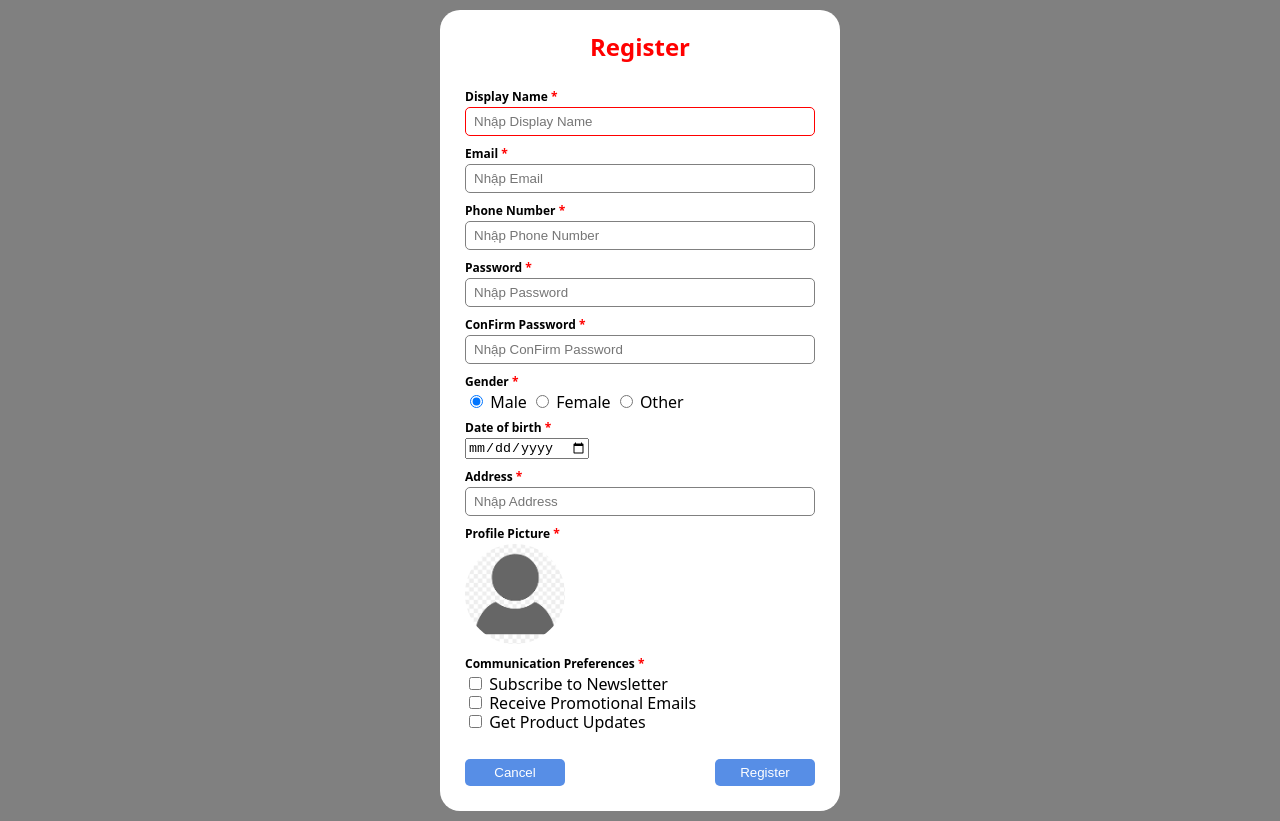
Repository: doanhieu0707/Homework-Day-5
Page: form-interactive.html
These files come from the project's save history. The page is drawn as it stood at one moment and after a run of saves; the edit follows.
The browser window is 1280 px wide. The pictures show the whole page.

Above is the page before, as saved 2026-04-02 14:43:10.

### form-interactive.html
<!doctype html>
<html lang="en">
    <head>
        <meta charset="UTF-8" />
        <meta name="viewport" content="width=device-width, initial-scale=1.0" />
        <link rel="stylesheet" href="./css/reset.css" />
        <link rel="stylesheet" href="./css/style.css" />
        <title>Register</title>
    </head>
    <body>
        <form action="" class="form">
            <h1 class="form-heading">Register</h1>
            <div class="form-group">
                <label for="display-name" class="form-label"
                    >Display Name</label
                >
                <input
                    class="form-input"
                    type="text"
                    id="display-name"
                    placeholder="Nhập Display Name"
                    required
                />
            </div>
            <div class="form-group">
                <label for="email" class="form-label">Email</label>
                <input
                    class="form-input"
                    type="email"
                    id="email"
                    placeholder="Nhập Email"
                />
            </div>
            <div class="form-group">
                <label for="phone-number" class="form-label"
                    >Phone Number</label
                >
                <input
                    class="form-input"
                    type="phone"
                    id="phone-number"
                    placeholder="Nhập Phone Number"
                />
            </div>
            <div class="form-group">
                <label for="password" class="form-label">Password</label>
                <input
                    class="form-input"
                    type="password"
                    id="password"
                    placeholder="Nhập Password"
                />
            </div>
            <div class="form-group">
                <label for="confirm-password" class="form-label"
                    >ConFirm Password</label
                >
                <input
                    class="form-input"
                    type="password"
                    id="confirm-password"
                    placeholder="Nhập ConFirm Password"
                />
            </div>
            <div class="form-group">
                <label class="form-label">Gender</label>
                <label>
                    <input type="radio" name="gender" value="male" checked />
                    Male
                </label>
                <label>
                    <input type="radio" name="gender" value="female" /> Female
                </label>
                <label>
                    <input type="radio" name="gender" value="other" /> Other
                </label>
            </div>
            <div class="form-group">
                <label for="date-of-birth" class="form-label">
                    Date of birth
                </label>
                <input type="date" id="date-of-birth" />
            </div>
            <div class="form-group">
                <label for="address" class="form-label">Address</label>
                <input
                    class="form-input"
                    type="text"
                    id="address"
                    placeholder="Nhập Address"
                />
            </div>
            <div class="form-group">
                <label for="profile-picture" class="form-label"
                    >Profile Picture</label
                >
                <label for="profile-picture" class="form-avatar">
                    <img src="./img/images.png" alt="avatar" class="avatar" />
                </label>
                <input type="file" id="profile-picture" hidden />
            </div>
            <div class="form-group">
                <label class="form-label">Communication Preferences</label>
                <div class="form-options">
                    <label>
                        <input type="checkbox" name="option" /> Subscribe to
                        Newsletter
                    </label>
                    <label>
                        <input type="checkbox" name="option" /> Receive
                        Promotional Emails
                    </label>
                    <label>
                        <input type="checkbox" name="option" /> Get Product
                        Updates
                    </label>
                </div>
            </div>
            <div class="form-group form-footer">
                <button class="btn">Cancel</button>
                <button class="btn">Register</button>
            </div>
        </form>
    </body>
</html>

### css/style.css
* {
    box-sizing: border-box;
}

body {
    background-color: gray;
    font-family:
        system-ui,
        -apple-system,
        BlinkMacSystemFont,
        "Segoe UI",
        Roboto,
        Oxygen,
        Ubuntu,
        Cantarell,
        "Fira Sans",
        "Droid Sans",
        "Helvetica Neue",
        sans-serif;
}

/* ===== CV ===== */
.cv {
    background-color: white;
    max-width: 765px;
    padding: 32px 0;
    margin: 28px auto 0px;
}

.cv .infor {
    margin-left: 60px;
    margin-right: 60px;
}

.header {
    text-align: center;
}

.header p {
    font-weight: 500;
    margin-top: 8px;
}

.header .heading-1 {
    font-weight: bold;
    font-size: larger;
    margin: 0;
}

.infor .work {
    margin-top: 28px;
}

.work .heading-2 {
    border-bottom: 2px solid #333;
    padding-bottom: 6px;
    font-weight: bold;
}

.part ul {
    margin-left: 20px;
    margin-top: 16px;
    list-style-type: disc;
}

.part ul li {
    line-height: 20px;
    text-align: justify;
}

.part ul li::marker {
    color: black;
}

.part .title {
    display: flex;
    margin-top: 12px;
    justify-content: space-between;
}

.part .title span {
    font-weight: bold;
}

.footer {
    margin-top: 16px;
}

.footer .info {
    border-bottom: 2px solid #333;
    padding-bottom: 6px;
    font-weight: bold;
}

.footer p {
    margin-top: 16px;
}

.footer span {
    font-weight: bold;
}

/* ===== Menu ===== */
.menu {
    display: flex;
    align-items: center;
    justify-content: center;
    padding: 0 45px;
    font-size: 0;
    background-color: #3e5cca;
}

.menu li {
    display: inline-block;
    position: relative;
}

.menu li::before {
    content: "";
    position: absolute;
    left: 0;
    top: 0;
    width: 1px;
    height: 100%;
    background-color: #2d4db7;
}

.menu li:first-child::before {
    display: none;
}

.menu li a {
    display: inline-block;
    color: white;
    font-size: 16px;
    padding: 21px;
    text-decoration: none;
}

.menu li a::before {
    content: "\25B6";
    margin-right: 6px;
    font-size: 10px;
}

.menu li:hover > a {
    background-color: pink;
    color: #3e5cca;
}

.menu li a:focus,
.menu li a:target {
    background-color: blueviolet;
    color: red;
}

/* ===== Form ===== */
.form {
    max-width: 400px;
    padding: 25px;
    margin: 10px auto;
    border-radius: 20px;
    background-color: #fff;
}

.form-heading {
    margin-bottom: 32px;
    text-align: center;
    font-size: 24px;
    font-weight: bold;
    color: red;
}

.form-label {
    display: block;
    margin: 12px 0 4px;
    font-weight: 600;
    font-size: 12px;
}

.form-label::after {
    content: " *";
    color: red;
}

.form-input {
    width: 100%;
    padding: 6px 8px;
    border: 1px solid gray;
    border-radius: 5px;
    outline: none;
}

.form-input:focus {
    border-color: blueviolet;
}

.form-input:invalid {
    border-color: red;
}

.avatar {
    width: 100px;
    height: 100px;
    cursor: pointer;
    border-radius: 50%;
}

.form-options label {
    display: block;
}

.form-footer {
    display: flex;
    margin-top: 28px;
    justify-content: space-between;
}

.btn {
    display: inline-block;
    padding: 6px 16px;
    border-radius: 5px;
    min-width: 100px;
    text-align: center;
    border: none;
    background: rgb(87, 142, 230);
    color: white;
    cursor: pointer;
}

.btn:hover {
    background: #3e5cca;
}

.btn:active {
    transform: scale(0.95);
}

Loaded but not shown: css/reset.css (common file)

After the next 5 saves:
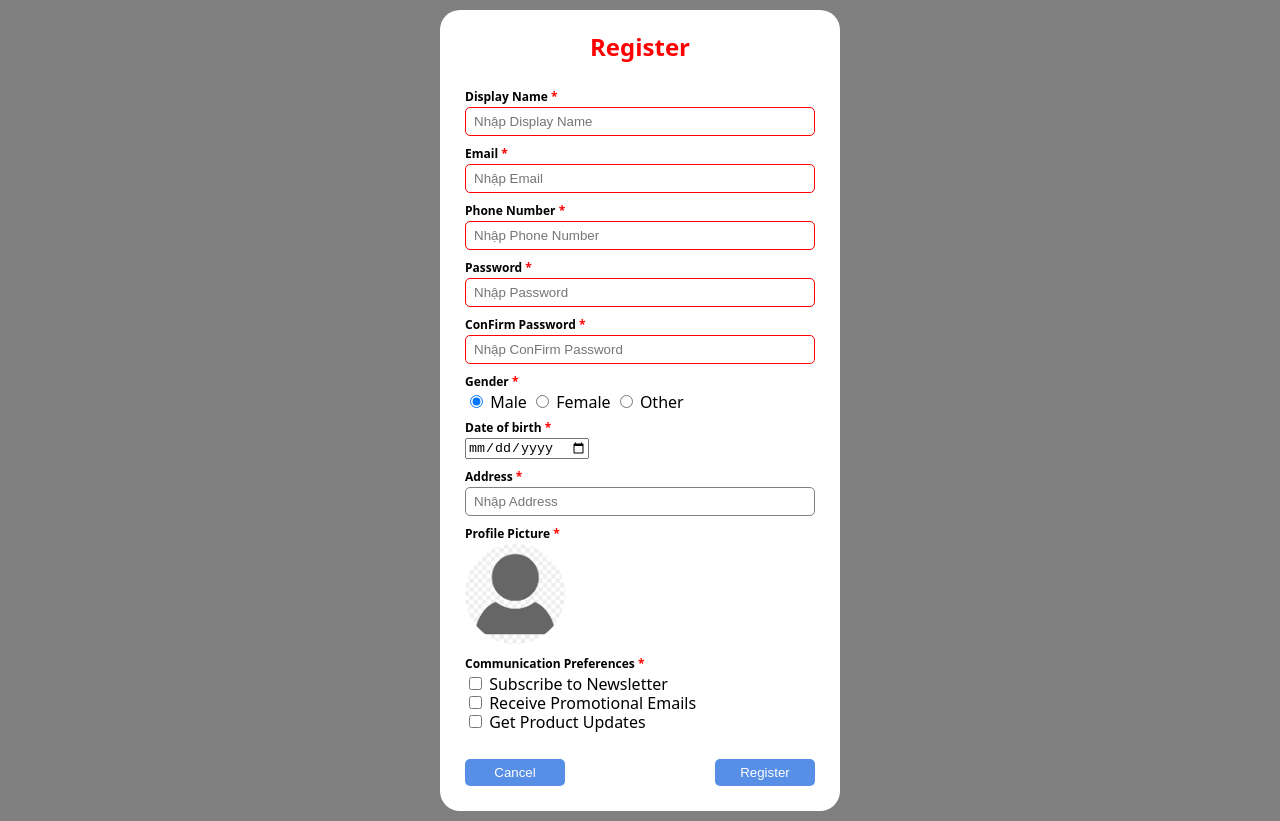
The 5 saves are shown as one change because they came seconds apart.
The last was saved 29 s later.
--- a/form-interactive.html
+++ b/form-interactive.html
@@ -29,6 +29,7 @@
                     type="email"
                     id="email"
                     placeholder="Nhập Email"
+                    required
                 />
             </div>
             <div class="form-group">
@@ -40,6 +41,7 @@
                     type="phone"
                     id="phone-number"
                     placeholder="Nhập Phone Number"
+                    required
                 />
             </div>
             <div class="form-group">
@@ -49,6 +51,7 @@
                     type="password"
                     id="password"
                     placeholder="Nhập Password"
+                    required
                 />
             </div>
             <div class="form-group">
@@ -60,6 +63,7 @@
                     type="password"
                     id="confirm-password"
                     placeholder="Nhập ConFirm Password"
+                    required
                 />
             </div>
             <div class="form-group">
